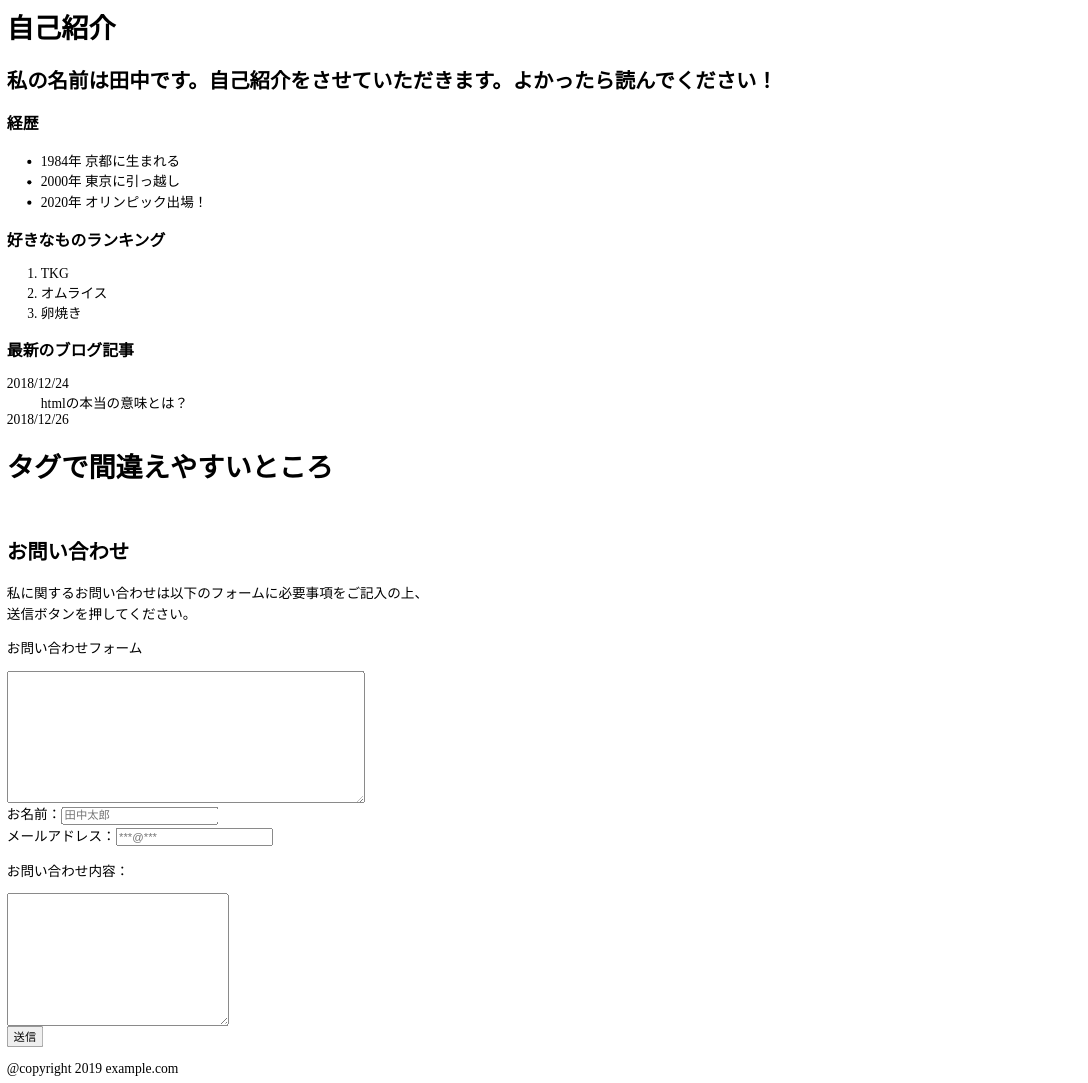
Repository: wairoku/suretigai1
Page: jack.html
An editor plug-in stored every save of this project. The page is shown before and after the next save, followed by the edit.
The browser window is 1280 px wide. The pictures show the whole page, at 85% of full size.

Above is the page before, as saved 2019-01-02 20:56:40.

### jack.html

<body>

<h1>自己紹介</h1>

    <h2>私の名前は田中です。自己紹介をさせていただきます。よかったら読んでください！</h2>


        <h3>経歴</h3>
    <div>
        <ul>
            <li>1984年 京都に生まれる</li>
            <li>2000年 東京に引っ越し</li>
            <li>2020年 オリンピック出場！</li>
        </ul>
    </div>

            <h3>好きなものランキング</h3>
    <div>
        <ol>
            <li>TKG</li>
            <li>オムライス</li>
            <li>卵焼き</li>
        </ol>
    </div>

        <h3>最新のブログ記事</h3>
    <dl>
        <dt>2018/12/24</dt>
            <dd>htmlの本当の意味とは？</dd>
         <dt>2018/12/26</dt>
            <span><h1>タグで間違えやすいところ</span>
    </dl>


<br>

 <h2>お問い合わせ</h2>
        <p>私に関するお問い合わせは以下のフォームに必要事項をご記入の上、<br>
           送信ボタンを押してください。</p>

    <form>

        <p>お問い合わせフォーム</p>

            <textarea name="" id="" cols="50" rows="10"></textarea>

            <div>
                お名前：<input type="text" placeholder="田中太郎">
            </div>


            <div>
                メールアドレス：<input type="text" placeholder="***@***">
            </div>


            <div>
                <p>お問い合わせ内容：</p>
                <textarea name="" id="" cols="30" rows="10"></textarea>
            </div>

                <input type="button" value="送信">


    </form>


<footer>@copyright 2019 example.com</footer>


</body>

After the next save:
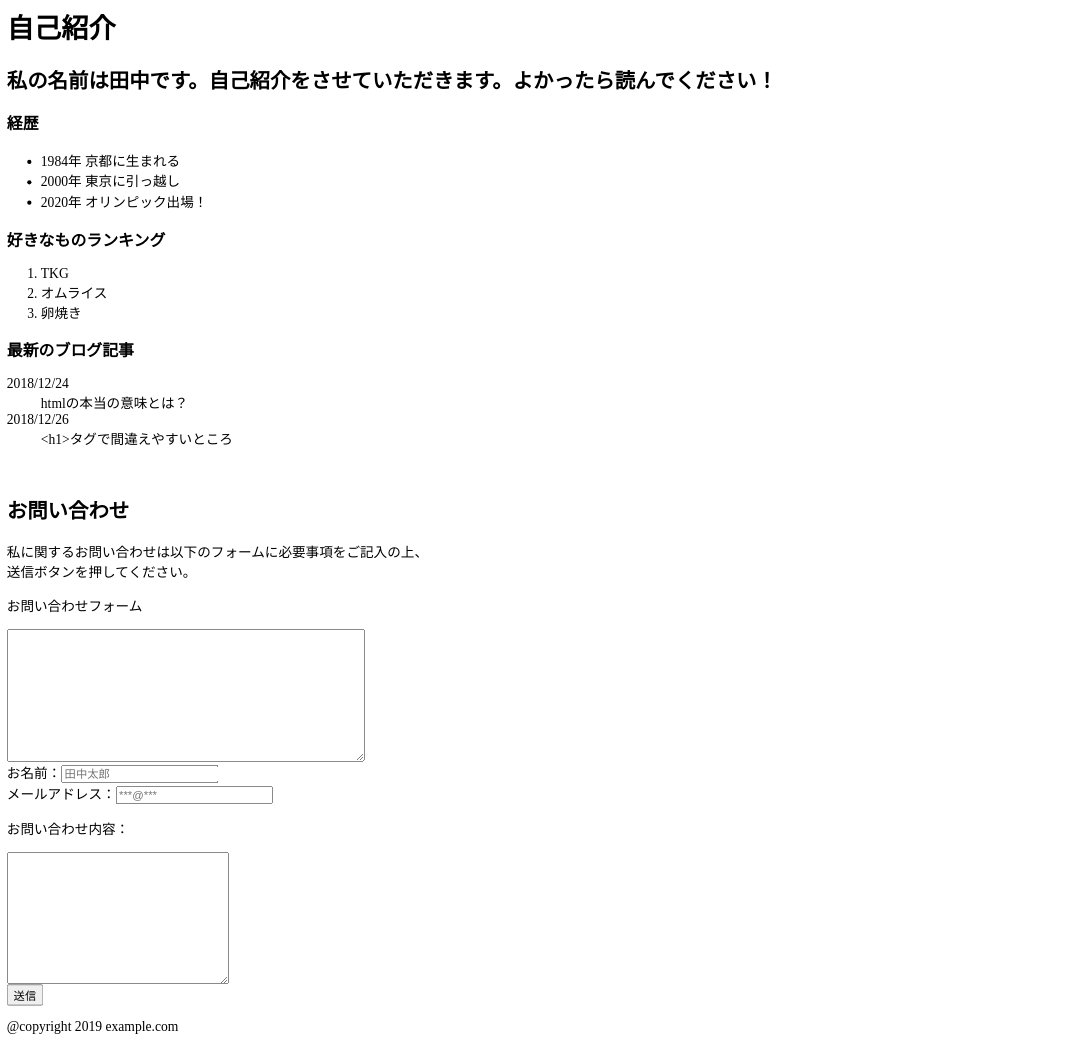
Saved 2 min 10 s later.
--- a/jack.html
+++ b/jack.html
@@ -29,7 +29,7 @@
         <dt>2018/12/24</dt>
             <dd>htmlの本当の意味とは？</dd>
          <dt>2018/12/26</dt>
-            <span><h1>タグで間違えやすいところ</span>
+            <dd>&lt;h1&gt;タグで間違えやすいところ</dd>
     </dl>
 
 
